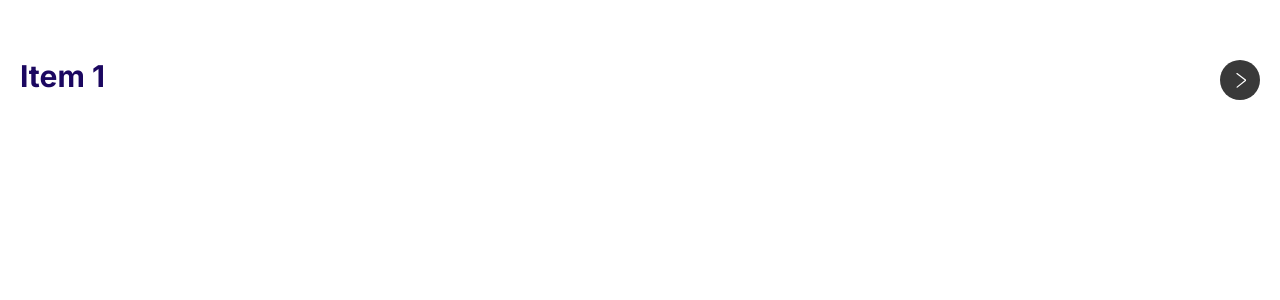
Repository: LeonUIO/first_website
Page: index.html
The author's editor kept a copy of each file at every save. The page is drawn from the files as they stood at one save, then again after the next save.
The browser window is 1280 px wide. The pictures show the whole page.

Above is the page before, as saved 2021-04-13 10:57:42.

### index.html
<!DOCTYPE html>
<html lang="en">
  <head>
    <meta charset="UTF-8" />
    <meta
      name="viewport"
      content="width=device-width, user-scalable=no, initial-scale=1.0, maximum-scale=1.0, minimum-scale=1.0"
    />
    <meta http-equiv="X-UA-Compatible" content="ie=edge" />
    <title>Document</title>
    <link rel="preconnect" href="https://fonts.gstatic.com" />
    <link
      href="https://fonts.googleapis.com/css2?family=Inter:wght@400;600;700&display=swap"
      rel="stylesheet"
    />
    <link rel="stylesheet" href="css/normalize.css" />
    <link rel="stylesheet" href="css/styles.css" />
  </head>
  <body>
    <section class="block footer">
      <div class="collapsible collapisble--expanded">
        <div class="collapsible__header">
          <h2 class="collapsible__heading">Item 1</h2>
          <svg class="icon icon--white collapsible--chevron">
            <use xlink:href="images/sprite.svg#chevron"></use>
          </svg>
        </div>
        <div class="collapsible__content">
          Lorem ipsum dolor sit amet consectetur, adipisicing elit. Incidunt,
          quae.
        </div>
      </div>
    </section>
    <script src="js/main.js"></script>
  </body>
</html>

### css/styles.css
:root {
  --color-primary: #2584ff;
  --color-secondary: #00d9ff;
  --color-accent: #ff3400;
  --color-headings: #1b0760;
  --color-body: #918ca4;
  --color-body-darker: #5c5577;
  --color-border: #ccc;
  --border-radius: 30px;
}

*,
*::after,
*::before {
  box-sizing: border-box;
}

/* Typography */
html {
  font-size: 62.5%;
}

body {
  font-family: Inter, arial, helvetica, sans-serif;
  color: var(--color-body);
  font-size: 2.4rem;
  line-height: 1.5;
}

h1,
h2,
h3 {
  color: var(--color-headings);
  margin-bottom: 1rem;
  line-height: 1.1;
}

h1 {
  font-size: 7rem;
}

h2 {
  font-size: 4rem;
}

h3 {
  font-size: 3rem;
}

@media screen and (min-width: 1024px) {
  body {
    font-size: 1.8rem;
  }

  h1 {
    font-size: 8rem;
  }

  h2 {
    font-size: 4rem;
  }

  h3 {
    font-size: 2.4rem;
  }
}

/* Links */
a {
  text-decoration: none;
}

.link-arrow {
  color: var(--color-accent);
  font-size: 2rem;
  font-weight: bold;
}

.link-arrow::after {
  content: "-->";
  margin-left: 5px;
  transition: margin-left 0.15s;
}

.link-arrow:hover::after {
  margin-left: 10px;
}

@media screen and (min-width: 1024px) {
  .link-arrow {
    font: size 1.5em;
  }
}

/* Badges */
.badge {
  white-space: nowrap;
  padding: 0.5rem 2rem;
  font-weight: 600;
  border-radius: 20px;
  font-size: 2rem;
}

.badge--primary {
  background: var(--color-primary);
  color: #fff;
}

.badge--secondary {
  background: var(--color-secondary);
  color: #fff;
}

.badge--small {
  font-size: 1.6rem;
}

@media screen and (min-width: 1024px) {
  .badge {
    font-size: 1.5rem;
  }

  .badge--small {
    font-size: 1.2rem;
  }
}

/* Lists */
.list {
  list-style: none;
  color: var(--color-headings);
  padding-left: 0;
}

.list--inline .list__item {
  display: inline-block;
  margin-right: 2rem;
}

.list--tick {
  list-style-image: url(../images/tick.svg);
  padding-left: 3rem;
}

.list--tick .list__item {
  margin-bottom: 1rem;
  padding-left: 0.5rem;
}

@media screen and (min-width: 1024px) {
  .list--tick .list__item {
    padding-left: 0;
  }
}

/* Icons */
.icon {
  width: 40px;
  height: 40px;
}

.icon--small {
  width: 30px;
  height: 30px;
}

.icon--primary {
  fill: var(--color-primary);
}

.icon--white {
  fill: #fff;
}

.icon-container {
  width: 64px;
  height: 64px;
  border-radius: 100%;
  background: #f3f9fa;
  display: inline-flex;
  justify-content: center;
  align-items: center;
}

.icon-container--accent {
  background: var(--color-accent);
}

/* Buttons */
.btn {
  border-radius: 40px;
  border: 0;
  cursor: pointer;
  font-size: 1.8rem;
  font-weight: 600;
  margin: 1rem 0;
  outline: 0;
  padding: 2rem 3rem;
  text-transform: uppercase;
  text-align: center;
  white-space: nowrap;
}

.btn .icon {
  width: 2rem;
  height: 2rem;
  margin-right: 1rem;
  vertical-align: middle;
}

.btn--primary {
  background: var(--color-primary);
  color: #fff;
}

.btn--primary:hover {
  background: #3a8ffd;
}

.btn--secondary {
  background: var(--color-secondary);
  color: #fff;
}

.btn--secondary:hover {
  background: #00c8eb;
}

.btn--accent {
  background: var(--color-accent);
  color: #fff;
}

.btn--accent:hover {
  background: #ec3000;
}

.btn--stretched {
  padding-left: 6rem;
  padding-right: 6rem;
}

.btn--block {
  width: 100%;
  display: inline-block;
}

.btn--outline {
  background: #fff;
  color: var(--color-headings);
  border: 2px solid var(--color-headings);
}

.btn--outline:hover {
  background: var(--color-headings);
  color: #fff;
}

@media screen and (min-width: 1024px) {
  .btn {
    font-size: 1.5rem;
  }
}

/* Inputs */
.input {
  border-radius: var(--border-radius);
  border: 1px solid var(--color-border);
  color: var(--color-headings);
  font-size: 2rem;
  outline: 0;
  padding: 1.5rem 3.5rem;
}

::placeholder {
  color: #cdcbd7;
}

.input-group {
  border-radius: var(--border-radius);
  border: 2px solid var(--color-border);
  display: flex;
}

.input-group .input {
  border: 0;
  flex-grow: 1;
  padding: 1.5rem 2rem;
}

.input-group .btn {
  margin: 4px;
}

@media screen and (min-width: 1024px) {
  .input {
    font-size: 1.5rem;
  }
}

/* Cards */
.card {
  border-radius: 7px;
  box-shadow: 0 0 20px 10px #f3f3f3;
  overflow: hidden;
}

.card__header,
.card__body {
  padding: 2rem 3rem;
}

.card--primary .card__header {
  background: var(--color-primary);
  color: #fff;
}

.card--secondary .card__header {
  background: var(--color-secondary);
  color: #fff;
}

.card--primary .badge--primary {
  background: #126de4;
}

.card--secondary .badge--secondary {
  background: #02cdf1;
}

/* Plans */
.plan {
  transition: transform 0.2s ease-out;
}

.plan__name {
  color: #fff;
  margin: 0;
  font-weight: 500;
  font-size: 2.4rem;
}

.plan__price {
  font-size: 6rem;
}

.plan__billing-cycle {
  font-size: 2.4rem;
  font-weight: 300;
  opacity: 0.8;
  margin-right: 1rem;
}

.plan__description {
  font-size: 2rem;
  font-weight: 300;
  letter-spacing: 1px;
  display: block;
}

.plan .list__item {
  margin-bottom: 2rem;
}

.plan--popular {
  transform: scale(1.1);
}

.plan--popular .card__header {
  position: relative;
}

.plan--popular .card__header::before {
  content: url(../images/popular.svg);
  width: 40px;
  display: inline-block;
  position: absolute;
  top: -6px;
  right: 5%;
}

.plan:hover {
  transform: scale(1.05);
}

.plan--popular:hover {
  transform: scale(1.15);
}

@media screen and (min-width: 1024px) {
  .plan__name {
    font-size: 1.4rem;
  }

  .plan__price {
    font-size: 5rem;
  }

  .plan__billing-cycle {
    font-size: 1.6rem;
  }

  .plan__description {
    font-size: 1.7rem;
  }
}

/* Media */
.media {
  display: flex;
}

.media__title {
  margin-top: 0;
}

.media__body {
  margin: 0 2rem;
}

.media__image {
  margin-top: 1rem;
}

/* Quotes */
.quote {
  font-size: 3rem;
  color: var(--color-body-darker);
  font-style: italic;
  line-height: 1.3;
}

.quote__text::before {
  content: open-quote;
}

.quote__text::after {
  content: close-quote;
}

.quote__footer {
  font-style: normal;
}

.quote--line {
  position: relative;
  bottom: 10px;
}

.quote__author {
  font-size: 3rem;
  font-weight: 500;
  margin-bottom: 0;
}

.quote__company {
  color: var(--color-headings);
  margin-top: 0;
  font-size: 2rem;
  opacity: 0.4;
}

@media screen and (min-width: 1024px) {
  .quote {
    font-size: 2rem;
  }

  .quote__author {
    font-size: 2.4rem;
  }

  .quote__company {
    font-size: 1.6rem;
  }
}

/* Grids */
.grid {
  display: grid;
}

@media screen and (min-width: 768px) {
  .grid--cols-2 {
    grid-template-columns: repeat(2, 1fr);
  }
}
@media screen and (min-width: 1024px) {
  .grid--cols-3 {
    grid-template-columns: repeat(3, 1fr);
  }
}

/* Testimonial */
.testimonial {
  padding: 3rem;
}

.testimonial__image > img {
  width: 100%;
}

.testimonial__image {
  position: relative;
}

.testimonial__image > .icon-container {
  position: absolute;
  top: 3rem;
  right: -32px;
}

@media screen and (min-width: 768px) {
  .testimonial .quote,
  .testimonial .quote__author {
    font-size: 2.4rem;
  }

  .testimonial .quote {
    margin-left: 6rem;
  }
}

@media screen and (max-width: 768px) {
  .testimonial .icon-container {
    width: 60px;
    height: 60px;
  }
  .testimonial__image > .icon-container {
    position: absolute;
    top: 3rem;
    right: -30px;
  }
}

/* Callouts */
.callout {
  border-radius: 5px;
  padding: 4rem;
}

.callout--primary {
  background: var(--color-primary);
  color: #fff;
}

.callout__heading {
  margin-top: 0;
  font-size: 3rem;
  color: #fff;
}

.callout__content {
  text-align: center;
}

.callout .btn {
  justify-self: center;
  align-self: center;
}

@media (min-width: 768px) {
  .callout .grid--cols-2 {
    grid-template-columns: 1fr auto;
  }

  .callout__content {
    text-align: left;
  }

  .callout .btn {
    justify-self: start;
    margin: 0 2rem;
  }
}

/* Collapsibles */
.collapsible__header {
  display: flex;
  justify-content: space-between;
}

.collapsible__heading {
  margin-top: 0;
  font-size: 3rem;
}

.collapsible--chevron {
  transform: rotate(-90deg);
}

.collapsible__content {
  max-height: 0;
  overflow: hidden;
  opacity: 0;
  transition: all 0.3s;
}

.collapsible--expanded .collapsible--chevron {
  transform: rotate(0);
}

.collapsible--expanded .collapsible__content {
  max-height: 100vh;
  opacity: 1;
}

/* Blocks */
.block {
  --padding-vertical: 6rem;
  padding: var(--padding-vertical) 2rem;
}

.block__header {
  text-align: center;
  margin-bottom: 4rem;
}

.block__heading {
  margin-top: 0;
}

.block--dark {
  background: #000;
  color: #7b858b;
}

.block--dark .block__heading {
  color: #fff;
}

.block--skewed-right {
  padding-bottom: calc(var(--padding-vertical) + 4rem);
  clip-path: polygon(0% 0%, 100% 0%, 100% 100%, 0% 80%);
}

.block--skewed-left {
  padding-bottom: calc(var(--padding-vertical) + 4rem);
  clip-path: polygon(0% 0%, 100% 0%, 100% 80%, 0% 100%);
}

.container {
  max-width: 1140px;
  margin: 0 auto;
}

/* Navigation Bar */
.nav {
  background: #000;
  display: flex;
  justify-content: space-between;
  flex-wrap: wrap;
  padding: 0 1rem;
  align-items: center;
}

.nav__list {
  width: 100%;
  margin: 0;
}

.nav__item {
  border-bottom: 1px solid #222;
  padding: 0.5rem 2rem;
}

.nav__item > a {
  color: #d2d0db;
  transition: color 0.3s;
}

.nav__item > a:hover {
  color: #fff;
}

.nav__toggler {
  opacity: 0.5;
  transition: box-shadow 0.15s;
  cursor: pointer;
}

.nav.collapsible--expanded .nav__toggler {
  opacity: 1;
  box-shadow: 0 0 0 3px #666;
  border-radius: 5px;
}

.nav__brand {
  transform: translateY(5px);
}

@media screen and (min-width: 768px) {
  .nav__toggler {
    display: none;
  }

  .nav__list {
    width: auto;
    display: flex;
    font-size: 1.6rem;
    max-height: 100%;
    opacity: 1;
  }

  .nav__item {
    border: 0;
  }
}

/* Hero */
.hero {
  clip-path: polygon(0% 0%, 100% 0%, 100% 90%, 0% 100%);
}

.hero__tagline {
  font-size: 2rem;
  color: #b9c3cf;
  letter-spacing: 1px;
  margin: 2rem 0 5rem;
}

.hero__image {
  width: 100%;
}

@media screen and (min-width: 768px) {
  .hero {
    padding-top: 0;
  }

  .hero__content {
    text-align: left;
    align-self: center;
  }
}

/* Domain Block */
.block-domain .input-group {
  box-shadow: 0 0 30px 20px #e6ebee;
  border: 0;
  margin: 4rem auto;
  max-width: 670px;
}

.block-domain__prices {
  display: grid;
  grid-template-columns: repeat(3, 1fr);
  grid-template-rows: repeat(2, 6rem);
  font-size: 2rem;
  font-weight: 600;
  justify-items: center;
  max-width: 700px;
  margin: 0 auto;
}

@media screen and (min-width: 768px) {
  .block-domain__prices {
    grid-template-columns: repeat(auto-fit, minmax(10rem, 1fr));
  }
}
/* Plan Block */
.block-plan .grid {
  gap: 8rem 4rem;
}

.block-plan .card {
  max-width: 500px;
  margin: 0 auto;
}

/* Features */
.feature {
  gap: 2rem 4rem;
  margin: 12rem 0;
}

.feature:first-of-type {
  margin: 6rem 0;
}

.feature__heading {
  margin: 1rem 0;
}

.feature__image {
  width: 100%;
}

@media screen and (min-width: 768px) {
  .feature:nth-of-type(even) .feature__content {
    order: 2;
  }
}

/* Showcase Block */
.block-showcase__image > img {
  width: 100%;
}

@media screen and (min-width: 768px) {
  .block-showcase .grid {
    grid-template-columns: 50% 50%;
  }

  .block-showcase__image {
    justify-self: end;
  }

  .block-showcase__image > img {
    width: auto;
    max-width: 700px;
  }
}

Loaded but not shown: css/normalize.css (library); js/main.js (common file)

After the next save:
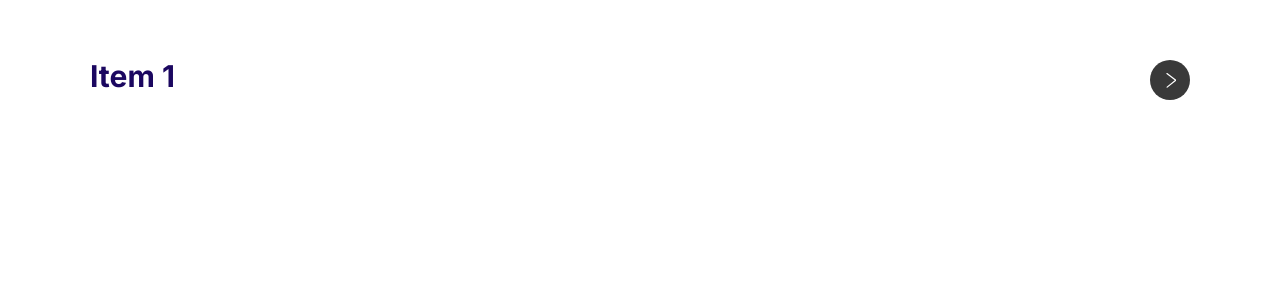
Saved 7 s later.
--- a/index.html
+++ b/index.html
@@ -17,7 +17,7 @@
     <link rel="stylesheet" href="css/styles.css" />
   </head>
   <body>
-    <section class="block footer">
+    <section class="block container footer">
       <div class="collapsible collapisble--expanded">
         <div class="collapsible__header">
           <h2 class="collapsible__heading">Item 1</h2>
